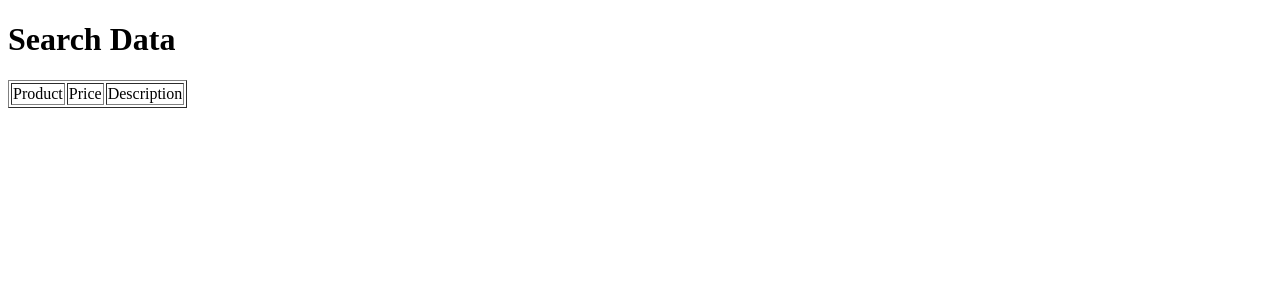
Repository: Shreya200012/FoodBox
Page: http://localhost/foodWeb/search.jsp
An editor plug-in stored every save of this project. The page is shown before and after the next save, followed by the edit.
The browser window is 1280 px wide. The pictures show the whole page.
The page is served by Tomcat 9. Other server files are loaded and not shown. Queries for data that is not in the repository find no rows.

Above is the page before, as saved 2022-06-14 18:21:43.

### foodWeb/src/main/webapp/search.jsp
<%@ page language="java" contentType="text/html; charset=ISO-8859-1"
    pageEncoding="ISO-8859-1"%>
<%@page import="java.sql.DriverManager"%>
<%@page import="java.sql.ResultSet"%>
<%@page import="java.sql.Statement"%>
<%@page import="java.sql.Connection"%>
<%
String driver = "com.mysql.jdbc.Driver";
String connectionUrl = "jdbc:mysql://localhost:3306/";
String database = "foodweb";
String userid = "root";
String password = "root";
String id= request.getParameter("id");
try {
Class.forName(driver);
} catch (ClassNotFoundException e) {
e.printStackTrace();
}
Connection connection = null;
Statement statement = null;
ResultSet resultSet = null;
%>
<!DOCTYPE html>
<html>
<body>

<h1>Search Data</h1>
<table border="1">
<tr>
<td>Product</td>
<td>Price</td>
<td>Description</td>

</tr>
<%
try{
connection = DriverManager.getConnection(connectionUrl+database, userid, password);
statement=connection.createStatement();
String sql ="select product,price,description from items where id = ' "+id+" ' ";

resultSet = statement.executeQuery(sql);
while(resultSet.next()){
%>
<tr>
<td><%=resultSet.getString("product") %></td>
<td><%=resultSet.getString("price") %></td>
<td><%=resultSet.getString("description") %></td>
</tr>
<%
}
connection.close();
} catch (Exception e) {
e.printStackTrace();
}
%>
</table>
</body>
</html>

After the next save:
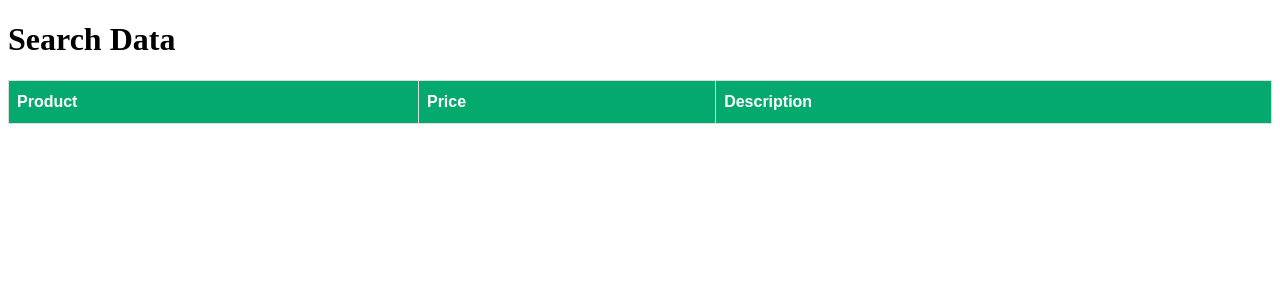
Saved 2 min 49 s later.
--- a/foodWeb/src/main/webapp/search.jsp
+++ b/foodWeb/src/main/webapp/search.jsp
@@ -22,14 +22,38 @@ ResultSet resultSet = null;
 %>
 <!DOCTYPE html>
 <html>
+<style>
+#customers {
+  font-family: Arial, Helvetica, sans-serif;
+  border-collapse: collapse;
+  width: 100%;
+}
+#customers td, #customers th {
+  border: 1px solid #ddd;
+  padding: 8px;
+}
+
+#customers tr:nth-child(even){background-color: #f2f2f2;}
+
+#customers tr:hover {background-color: #ddd;}
+#customers th {
+  padding-top: 12px;
+  padding-bottom: 12px;
+  text-align: left;
+  background-color: #04AA6D;
+  color: white;
+}
+
+
+</style>
 <body>
 
 <h1>Search Data</h1>
-<table border="1">
+<table border="1" id="customers">
 <tr>
-<td>Product</td>
-<td>Price</td>
-<td>Description</td>
+<th>Product</th>
+<th>Price</th>
+<th>Description</th>
 
 </tr>
 <%
